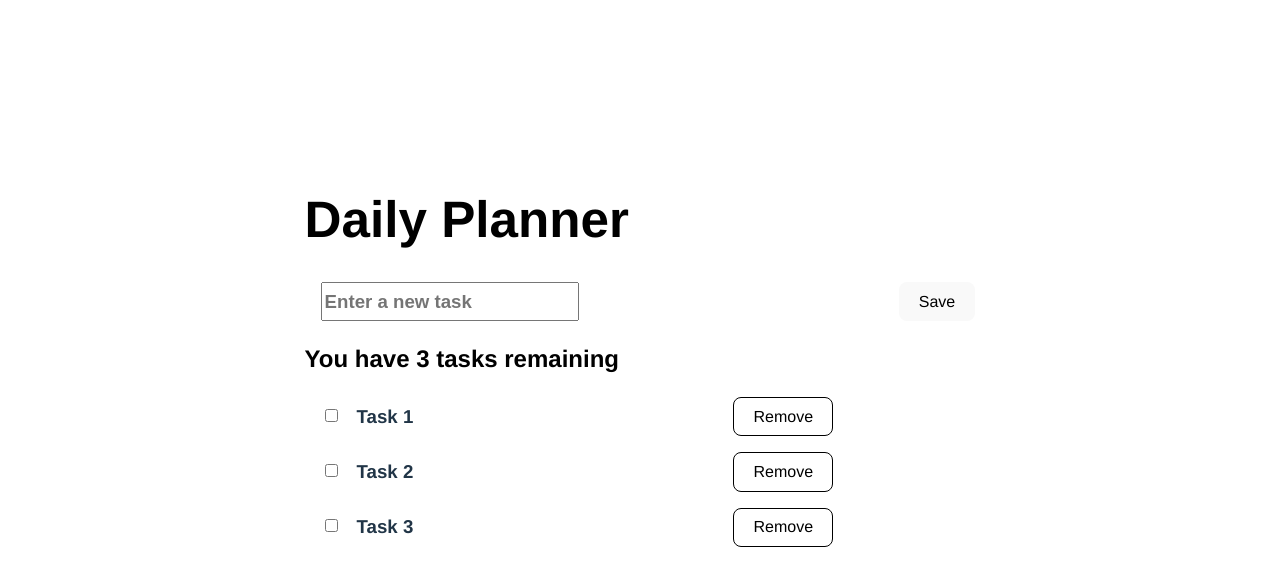
Repository: MonicaNguyenH/Frontend_Assignment6
Page: / (app in react/)
These files come from the project's save history. The page is drawn as it stood at one moment and after the next save; the edit follows.
The browser window is 1280 px wide. The pictures show the whole page.
The project was rebuilt for these pictures with package versions that can differ from the ones it lists, and the page was loaded fresh each time. Also part of the build but not shown: react/vite.config.js.

Above is the page before, as saved 2024-10-11 00:56:59.

### react/src/App.jsx
// import { useState } from 'react'
import { useState } from 'react';
import './App.css'
import Task from './components/Task'
import TaskForm from './components/TaskForm';

function App() {
  const [task, setTask] = useState([
    { id: 1, name: "Task 1", completed: false },
    { id: 2, name: "Task 2", completed: false },
    { id: 3, name: "Task 3", completed: false }
  ]);

  const addTask = (newTask) => {
    setTask([...task, {...newTask, completed: false}]); // add task incompleted by default
  };

  const toggleComplete = (taskId) => {
    const updatedTasks = task.map(task =>
      task.id === taskId ? { ...task, completed: !task.completed } : task // toggle task completed status
    );
    setTask(updatedTasks); // update the state with the new task list
  };

  const removeTask = (taskId) => {
    const updatedTasks = task.filter(task => task.id !== taskId);
    setTask(updatedTasks); // update the state without the removed task
  };

  // count remaining task
  const remainingTask = task.filter(task => !task.completed).length;

  return (
    <>
      <div className="main">
        <h1 className="header">Daily Planner</h1>
        <div>
          <TaskForm addTask={addTask} /> {/* Pass addTask to TaskForm */}
          <h2 className="counting">You have {remainingTask} task{remainingTask !== 1 ? 's' : ''} remaining</h2> {/* count remaining (more than 1 have 's') */}
          {task.map((task) => (
            <Task
              key={task.id}
              name={task.name}
              completed={task.completed}
              toggleComplete={toggleComplete}
              removeTask={() => removeTask(task.id)}
            />
          ))}
        </div>
      </div>
    </>
  )
}

export default App

### react/src/App.css
#root {
  max-width: 1280px;
  margin: 0 auto;
  padding: 2rem;
  text-align: center;

  font-family: Helvetica, sans-serif;
}

.main {

}

.header {
  color: black;
  text-align: left;
}

.counting {
  color: black;
  text-align: left;
}

/* TaskForm  */
.formContainer {
  width: 100%;
  display: flex;
  flex-direction: row;
  justify-content: center;
}


.task {
  display: flex;
  flex-direction: row;
  align-items: center;
  margin: 1em;

  width: 100%;
  min-width: 10rem;
}

#checkbox {
  margin-right: 1rem;
  width: 2em;
  height: 2rem;
  accent-color: pink;
}

#task-name {
  margin: 0 20rem 0 1rem;
  font-weight: bold;
  font-size: 14pt;
}

.task-delete {
  border: 1px solid black;
  background-color: white;
  border-radius: 15;
  cursor: pointer;
}

.task-delete:hover {
  border: 1px solid pink;
}

### react/src/components/Task.jsx
import { useState, useEffect, useRef } from "react";

export default function Task({name, toggleComplete, id, completed, removeTask}){

    // check box section
    // Ref for the checkbox and task name elements
    const checkboxRef = useRef(null);
    const taskNameRef = useRef(null);

    useEffect(() => {
        const checkbox = checkboxRef.current;
        const crossText = taskNameRef.current;

        if (checkbox&&crossText) {
            const handleCheckBoxChange = () => {
                toggleComplete(id); // call toggleComplete function passed from the parent to update task completion status
                if(checkbox.checked) {
                    crossText.style.textDecoration = "line-through";
                } else {
                    crossText.style.textDecoration = "none";
                }
            };

            checkbox.addEventListener("change", handleCheckBoxChange);

            // cleanup listener
            return () => {
                checkbox.removeEventListener("change", handleCheckBoxChange);
            };

        }
    }, [toggleComplete, id]);

    // remove button section
    const [visible, setVisible] = useState(true);

    // const removeTask = () => {
    //     setVisible(false);
    // };

    if (!visible) {
        return null;
    }

    return (
        <>
            <div className="task">
                <label htmlFor="checkbox">
                    <input
                        type="checkbox"
                        id={`checkbox-${id}`}
                        ref={checkboxRef}
                        checked={completed} // current taks status based on completion
                        onChange={() => toggleComplete(id)}
                    />
                </label>
                <p id="task-name" ref={taskNameRef}>{name}</p>
                <button
                    className="task-delete"
                    onClick={removeTask}>
                        Remove
                </button>
            </div>

        </>
    );
}

### react/src/components/TaskForm.jsx
import { useState } from "react";
import { nanoid } from 'nanoid';

// const taskTemplate = {
//     name: 'new task'
// };

export default function TaskForm({addTask}) {
    const [taskName, setTaskName] = useState(''); // state for the task input
    const [editing, setEditing] = useState(false); // editing task

    // form submission
    const handleSubmit = (e) => {
        e.preventDefault(); // the form submission will be handled by JavaScript instead of triggering a page refresh
        if (taskName.trim()) { // checks if the taskName (the text the user entered) is not an empty string after trimming whitespace
            addTask({
                id: nanoid(),
                name: taskName
            });
            setTaskName(''); // clear the input field
            //setEditing(false); // close the form after saving
        }
    }

    return (
        <>
            <form onSubmit={handleSubmit}>
                <div className="formContainer">
                    <input
                        id="task-name"
                        name="task-name"
                        type="text"
                        value={taskName}
                        onChange={(e) => setTaskName(e.target.value)}
                        placeholder="Enter a new task"
                    />
                    <div className="btn-group">
                        <button type="submit" className="btn-save">Save</button>
                    </div>
                </div>
            </form>
        </>
    )
}

Loaded but not shown: react/index.html (common file); react/src/main.jsx (common file); react/src/index.css (common file)

After the next save:
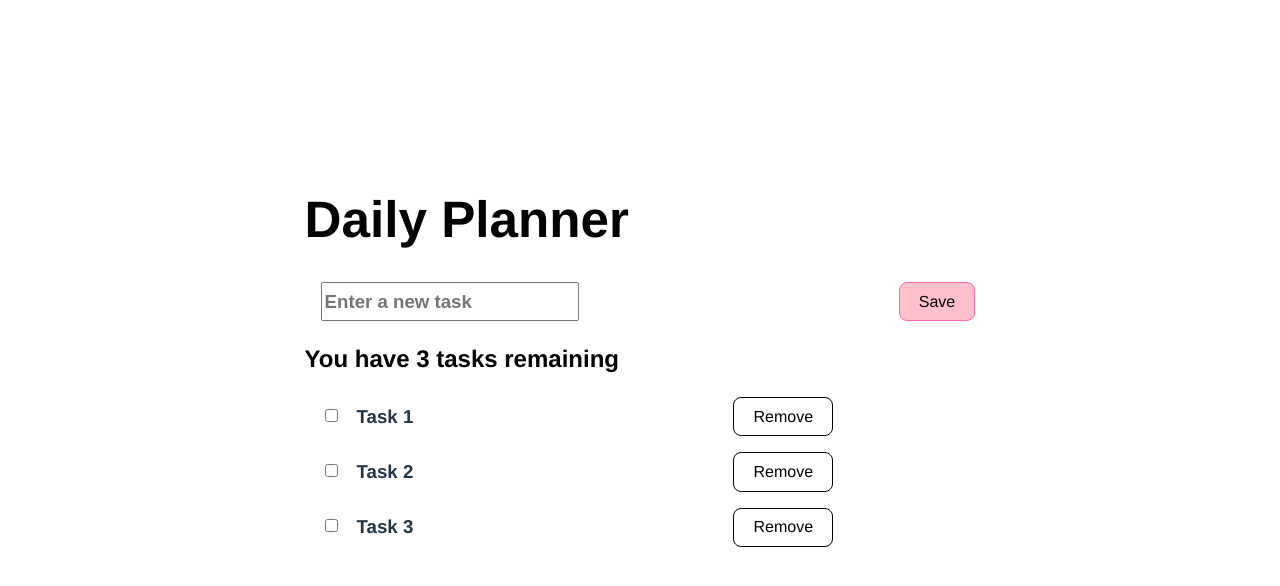
Saved 86 s later.
--- a/react/src/App.css
+++ b/react/src/App.css
@@ -27,6 +27,12 @@
   display: flex;
   flex-direction: row;
   justify-content: center;
+}
+
+.btn-save {
+  background-color: pink;
+  border-radius: 15;
+  border: 1px solid hotpink;
 }
 
 
